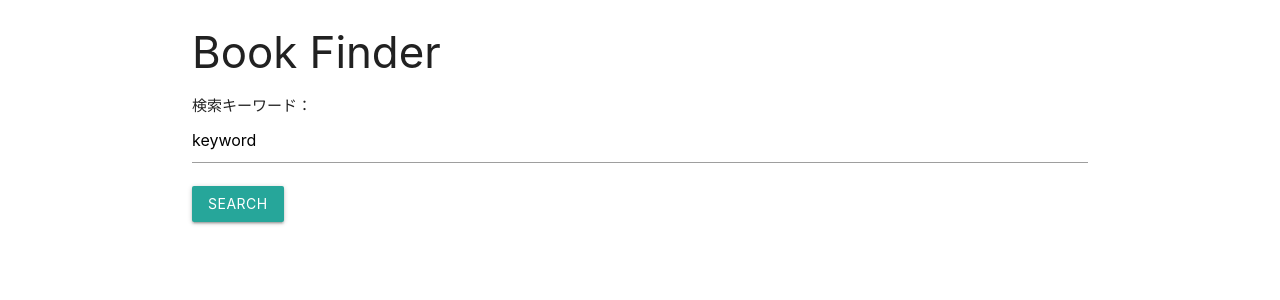
Repository: ayachika/chingu-solo-project
Page: index.html
The author's editor kept a record of every edit. The page is drawn from the files as they stood at one moment, then again after the next edit.
The browser window is 1280 px wide. The pictures show the whole page.
Some web libraries are served in a nearby version.

Above is the page before.

### index.html

<!DOCTYPE html>
<html lang="en">
  <head>
    <meta charset="utf-8">
    <title>Book Finder</title>
    <link rel="stylesheet" href="https://cdnjs.cloudflare.com/ajax/libs/materialize/1.0.0/css/materialize.min.css">
    <style>
      [v-cloak] { display: none; }
    </style>
  </head>
  <body>
    <div class="container" id="app">
      <h3 class="text-center">Book Finder</h3>
      <p> <!--v-modelでフォームとバインディング-->
        検索キーワード：<input type="text" value="keyword">
      </p>
      <a v-on:click="getItems()" class="waves-effect waves-light btn">Search</a>
      <div class="card blue-grey darken-1" v-for="item in items" v-cloak>

          <div class="card">
            <div class="card-title">
              <p>{{ item.title }}</p>
            </div>
            <div class="card-content">
              <p>{{item.author}}</p>
            </div>
          </div>
     </div>
  </div>



    <script src="https://cdn.jsdelivr.net/npm/vue@2.5.16/dist/vue.js"></script>
    <script src="main.js"></script>
    <script src="https://cdn.jsdelivr.net/npm/axios@0.17.1/dist/axios.min.js"></script>
  </body>

</html>

### main.js


const vm = new Vue({
  el: '#app',
  data() {
    return{
      msg:'container',
      query:'Ayaka'
    }
      },
  methods:{
    getResult(query){
      alert(query);
    }
  },
});

After the next edit:
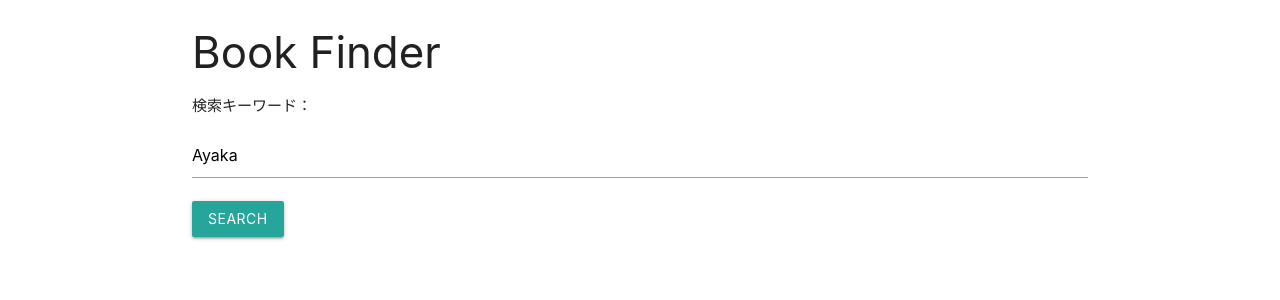
The edit:
--- a/index.html
+++ b/index.html
@@ -13,7 +13,8 @@
     <div class="container" id="app">
       <h3 class="text-center">Book Finder</h3>
       <p> <!--v-modelでフォームとバインディング-->
-        検索キーワード：<input type="text" value="keyword">
+        検索キーワード：<form v-on:submit.prevent="getResult(query)">
+          <input type="text" v-model="query" />
       </p>
       <a v-on:click="getItems()" class="waves-effect waves-light btn">Search</a>
       <div class="card blue-grey darken-1" v-for="item in items" v-cloak>
